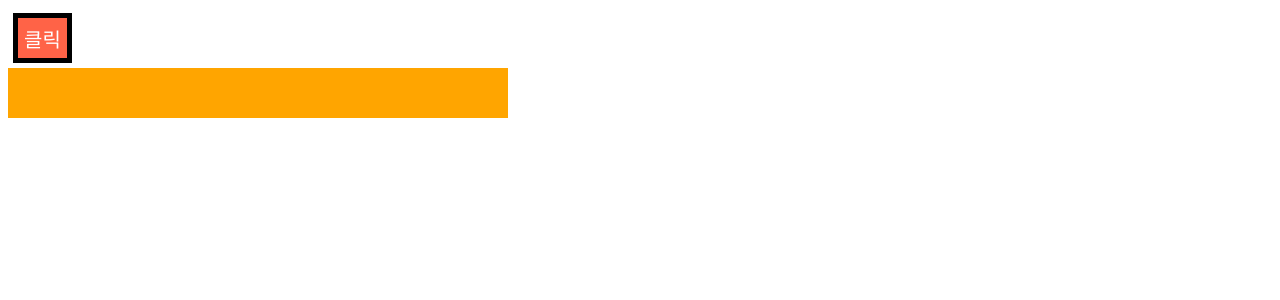
Repository: shouvoo/bitAcademy
Page: work/jsp/06_javascript/WebContent/09_jquery/06_effect/test06.html
These files come from the project's save history. The page is drawn as it stood at one moment and after the next save; the edit follows.
The browser window is 1280 px wide. The pictures show the whole page.
After loading, the first visible `button` was clicked once.

Above is the page before, as saved 2017-11-27 03:18:15.

### work/jsp/06_javascript/WebContent/09_jquery/06_effect/test06.html
<!--
	애니메이션 체인
	: 동일한 요소에 대해서 효과 적용시 큐에 쌓이고 순서대로 실행된다.
 -->
<!DOCTYPE html>
<html>
<head>
	<meta charset="utf-8">
    <style>
        div {
            width: 50px; height: 50px;
            background-color:orange;
            position: relative;
        }
		button {
			margin: 5px;
			font-size: 20px;
			height: 50px;
			background: tomato;
			color: white;
			border: 5px solid black;
		}
    </style>
    <script src="../js/jquery-3.2.1.js"></script>
</head>
<body>
    <button>클릭</button>
    <div></div>
    <script>
		$("button").click(function(){
			$("div").animate({width : 500}, 1000)
		})
    </script>
</body>
</html>

Loaded but not shown: work/jsp/06_javascript/WebContent/09_jquery/js/jquery-3.2.1.js (library)

After the next save:
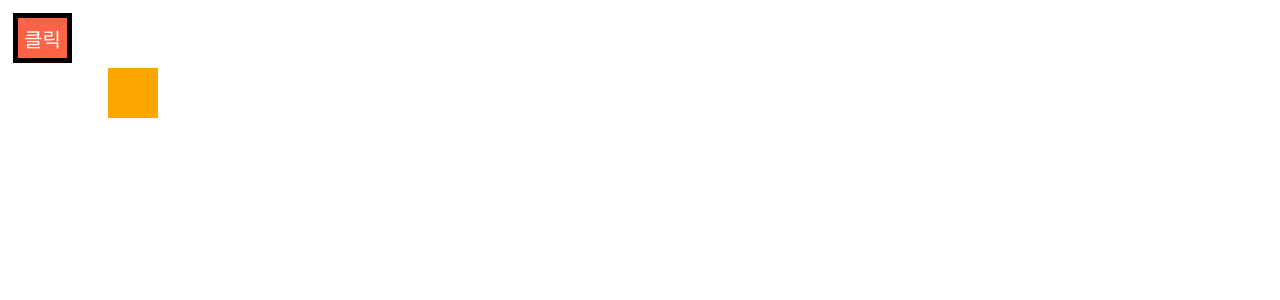
Saved 16 s later.
--- a/work/jsp/06_javascript/WebContent/09_jquery/06_effect/test06.html
+++ b/work/jsp/06_javascript/WebContent/09_jquery/06_effect/test06.html
@@ -28,7 +28,7 @@
     <div></div>
     <script>
 		$("button").click(function(){
-			$("div").animate({width : 500}, 1000)
+			$("div").animate({left : "+=100"}, 1000)
 		})
     </script>
 </body>
